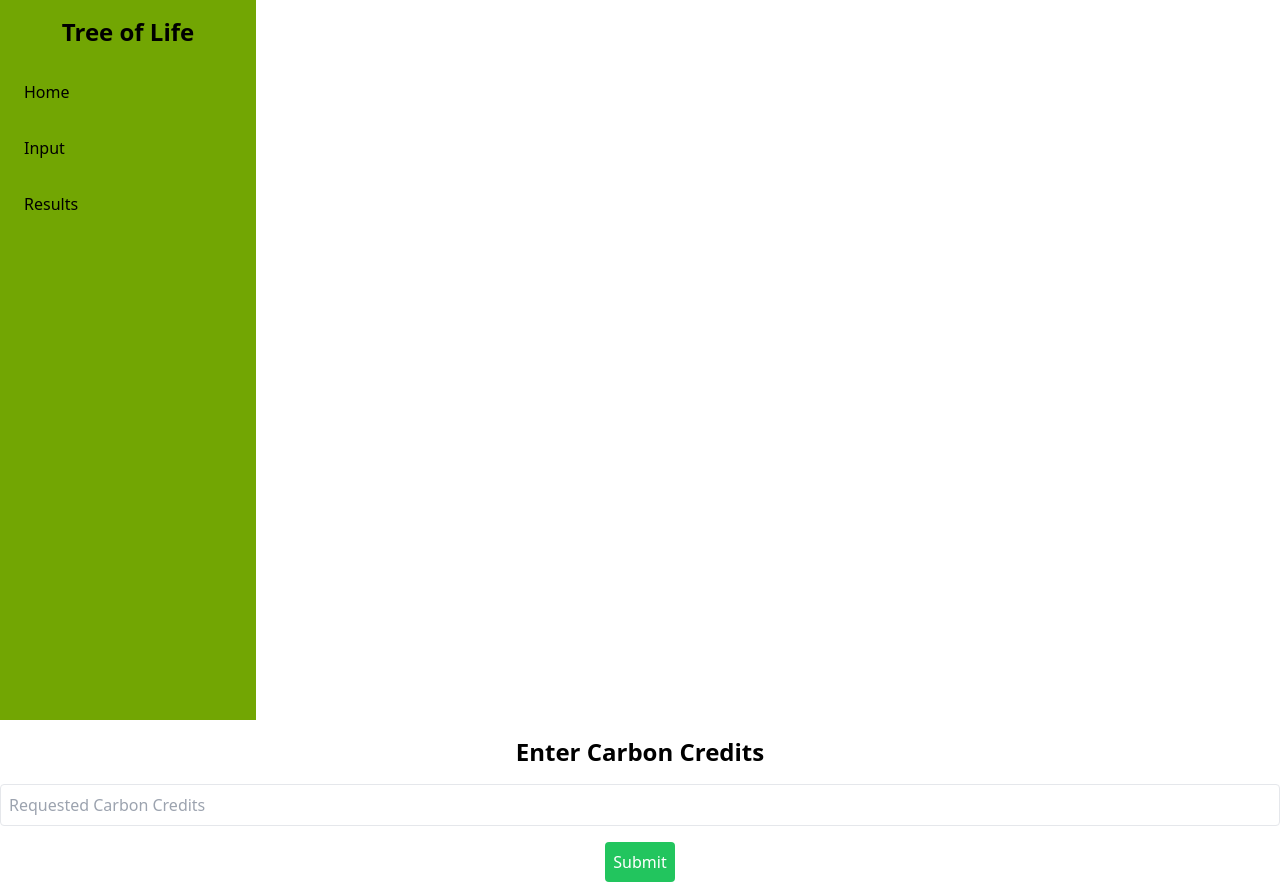
Repository: kayacancode/tolgrainger
Page: /input
The author's editor kept a copy of each file at every save. The page is drawn from the files as they stood at one save, then again after the next save.
The browser window is 1280 px wide. The pictures show the whole page.
The project was rebuilt for these pictures with package versions that can differ from the ones it lists, and the page was loaded fresh each time. The framework's server and built-in components were replaced by stand-ins that run in the browser. Also part of the build but not shown: next.config.mjs.

Above is the page before, as saved 2024-10-23 16:38:22.

### src/app/input/page.tsx
"use client";


import { useState } from "react";
import { useRouter } from "next/navigation";
import Sidebar from "@/components/Sidebar";

export default function CarbonInputPage() {
  const [credits, setCredits] = useState<number | "">("");
  const router = useRouter();

  const handleSubmit = (e: React.FormEvent) => {
    e.preventDefault();
    router.push("/result");
  };

  return (
    <form onSubmit={handleSubmit} className="space-y-4 text-center">
      <Sidebar />
      <h2 className="text-2xl font-bold">Enter Carbon Credits</h2>
      <input
        type="number"
        placeholder="Requested Carbon Credits"
        value={credits}
        onChange={(e) => setCredits(e.target.value)}
        className="w-full p-2 border rounded"
      />
      <button type="submit" className="bg-green-500 text-white p-2 rounded">
        Submit
      </button>
    </form>
  );
}

### src/components/SideBar.tsx
// components/Sidebar.tsx
"use client";

import React, { useState } from 'react';
import { useRouter } from 'next/navigation';

const Sidebar = () => {
  const router = useRouter();
  const [active, setActive] = useState<string>("");

  const handleNavigation = (path: string) => {
    setActive(path);
    router.push(path);
  };

  const links = [
    { name: "Home", path: "/" },
    { name: "Input", path: "/input" },
    { name: "Results", path: "/result" },
  ];

  return (
    <div className="w-64 h-screen bg-[#72A603] text-black flex flex-col">
      <h2 className="text-center text-2xl font-bold py-4">Tree of Life</h2>
      <nav className="flex-1">
        <ul>
          {links.map((link) => (
            <li key={link.path} className="py-2 px-4">
              <button
                className={`w-full text-left p-2 rounded hover:bg-gray-700 ${
                  active === link.path ? "bg-gray-700" : ""
                }`}
                onClick={() => handleNavigation(link.path)}
              >
                {link.name}
              </button>
            </li>
          ))}
        </ul>
      </nav>
    </div>
  );
};

export default Sidebar;

### tailwind.config.js
/** @type {import('tailwindcss').Config} */
module.exports = {
  content: [
    "./src/**/*.{js,jsx,ts,tsx}", // Include all your React components
    "./public/index.html",
  ],
  theme: {
    extend: {},
  },
  plugins: [],
};

Loaded but not shown: src/app/layout.tsx (common file); src/app/globals.css (common file)

After the next save:
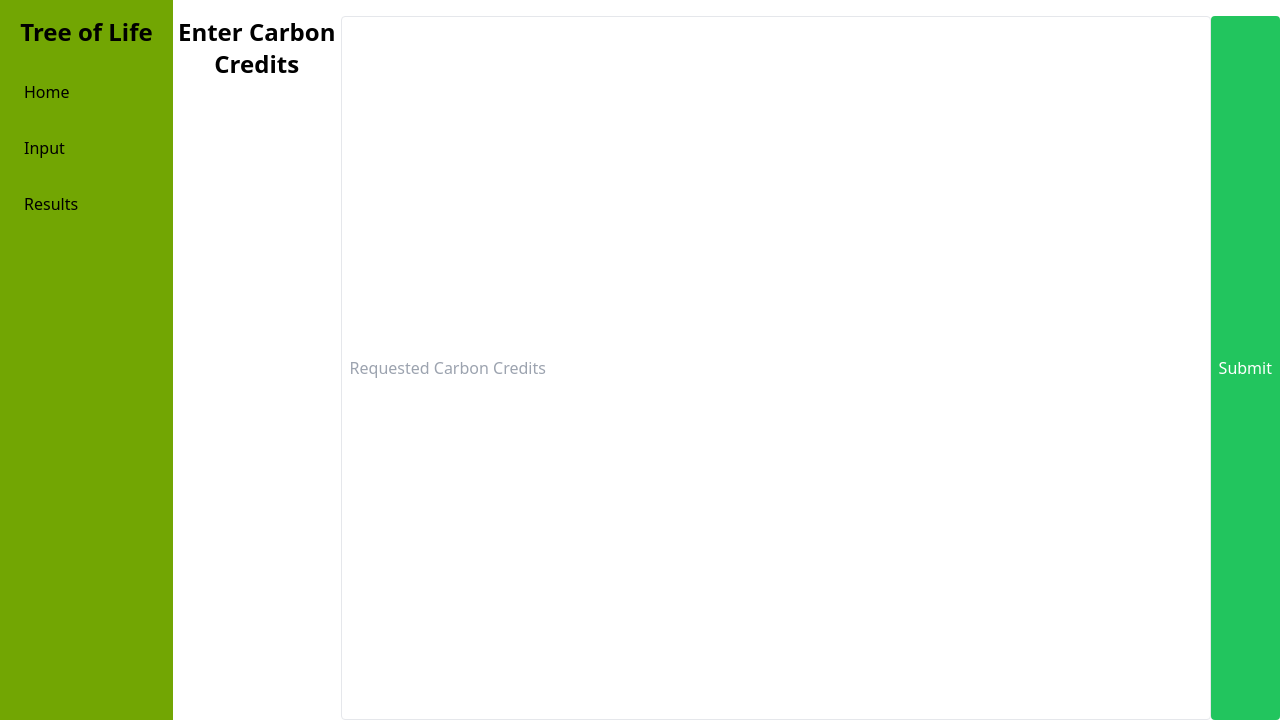
Saved 8 s later.
--- a/src/app/input/page.tsx
+++ b/src/app/input/page.tsx
@@ -15,7 +15,7 @@
   };
 
   return (
-    <form onSubmit={handleSubmit} className="space-y-4 text-center">
+    <form onSubmit={handleSubmit} className="space-y-4 text-center flex">
       <Sidebar />
       <h2 className="text-2xl font-bold">Enter Carbon Credits</h2>
       <input

After the save that followed:
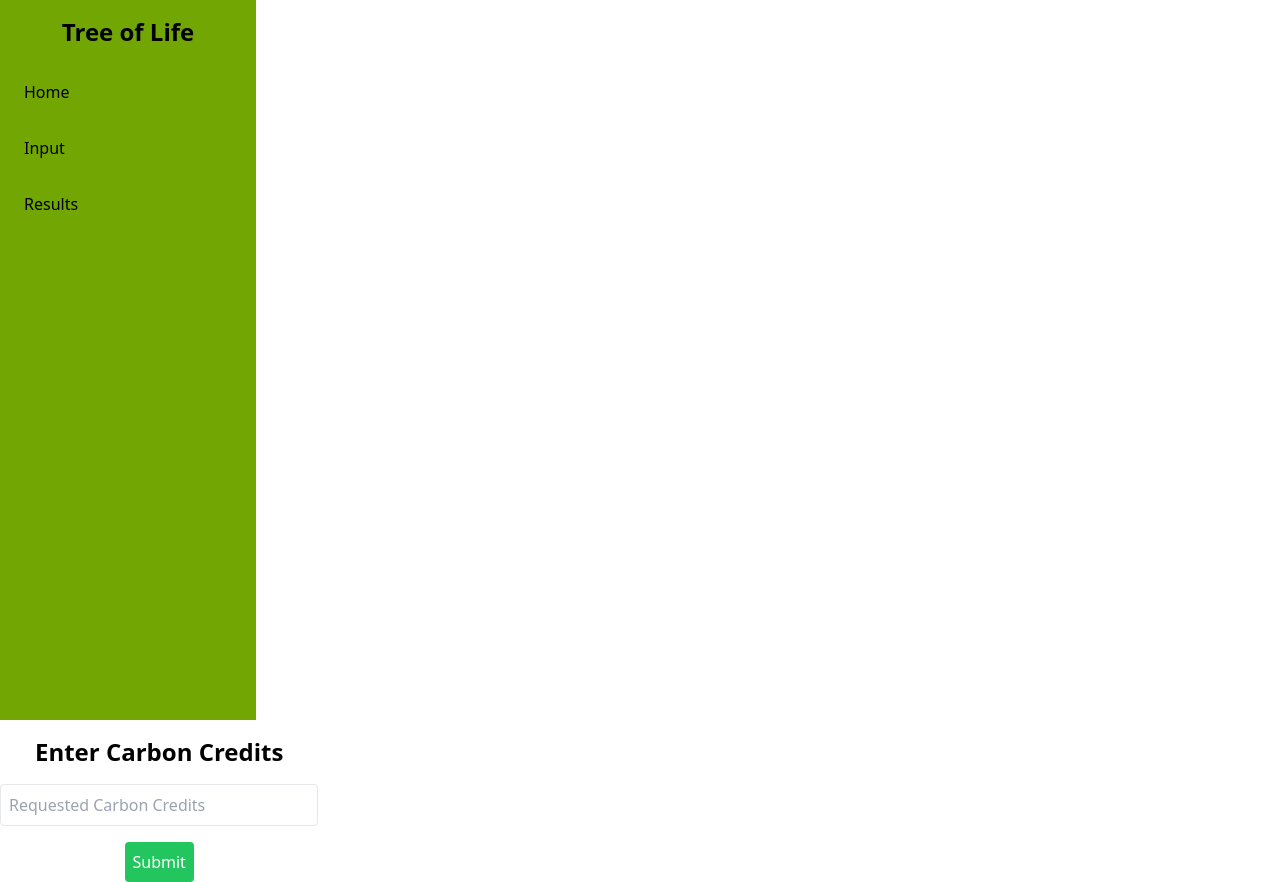
Saved 38 s later.
--- a/src/app/input/page.tsx
+++ b/src/app/input/page.tsx
@@ -15,8 +15,9 @@
   };
 
   return (
-    <form onSubmit={handleSubmit} className="space-y-4 text-center flex">
-      <Sidebar />
+    <div className="flex">
+    <form onSubmit={handleSubmit} className="space-y-4 text-center">
+      <Sidebar/>
       <h2 className="text-2xl font-bold">Enter Carbon Credits</h2>
       <input
         type="number"
@@ -29,5 +30,6 @@
         Submit
       </button>
     </form>
+    </div>
   );
 }
